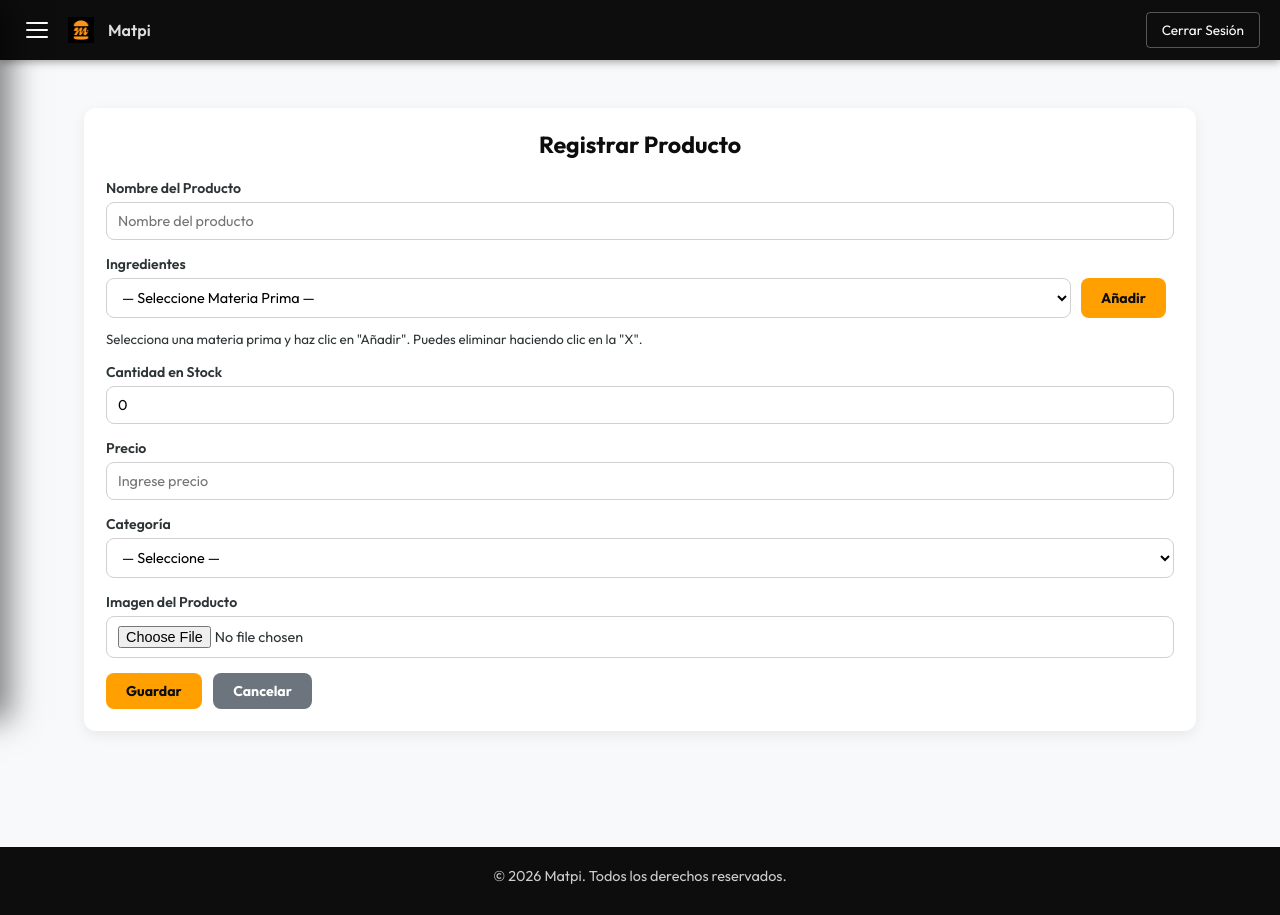
Repository: JuanFelipeNieto/MATPI-Python
Page: MATPI/productos/templates/productos/registrar.html
The author's editor kept a copy of each file at every save. The page is drawn from the files as they stood at one save, then again after the next save.
The browser window is 1280 px wide. The pictures show the whole page.
The template is drawn by Django 5.2. The application's start-up code is not run. Other server files are loaded and not shown. The template is opened directly, without the code that normally fills it, so the values that code supplies are empty.

Above is the page before, as saved 2026-03-17 18:40:00.

### MATPI/productos/templates/productos/registrar.html
{% extends 'base.html' %}

{% block title %}Registrar Producto — Matpi{% endblock %}

{% block content %}
<div class="formulario-seccion">
    <h1>Registrar Producto</h1>

    <form method="POST" action="{% url 'registrar_producto' %}" enctype="multipart/form-data">
        {% csrf_token %}



        <div class="form-group">
            <label for="txt_nombre">Nombre del Producto</label>
            <input type="text" id="txt_nombre" name="txt_nombre" placeholder="Nombre del producto" required>
        </div>

        <div class="form-group">
            <label for="sel_materia">Ingredientes</label>
            <div style="display: flex; gap: 10px; margin-bottom: 10px;">
                <select id="sel_materia" class="form-control" style="flex-grow: 1;">
                    <option value="">— Seleccione Materia Prima —</option>
                    {% for materia in materias_primas %}
                        <option value="{{ materia.nombre_materia_prima }}">{{ materia.nombre_materia_prima }} ({{ materia.unidad_medida }})</option>
                    {% endfor %}
                </select>
                <button type="button" id="btn_add_materia" class="btn btn-consultar" style="width: auto;">Añadir</button>
            </div>

            <ul id="lista_materias" style="list-style: none; padding: 0; display: flex; flex-wrap: wrap; gap: 8px;">

            </ul>

            <input type="hidden" id="txt_descripcion" name="txt_descripcion" value="">
            <small>Selecciona una materia prima y haz clic en "Añadir". Puedes eliminar haciendo clic en la "X".</small>
        </div>

        <script>
            document.addEventListener('DOMContentLoaded', function() {
                const selMateria = document.getElementById('sel_materia');
                const btnAdd = document.getElementById('btn_add_materia');
                const listaMaterias = document.getElementById('lista_materias');
                const hiddenDesc = document.getElementById('txt_descripcion');

                let materiasSeleccionadas = [];

                function actualizarHidden() {
                    hiddenDesc.value = materiasSeleccionadas.join(', ');
                }

                function renderLista() {
                    listaMaterias.innerHTML = '';
                    materiasSeleccionadas.forEach((materia, index) => {
                        const li = document.createElement('li');
                        li.style.backgroundColor = '#f0f0f0';
                        li.style.padding = '5px 12px';
                        li.style.borderRadius = '20px';
                        li.style.display = 'flex';
                        li.style.alignItems = 'center';
                        li.style.gap = '8px';
                        li.style.fontSize = '0.9em';
                        li.style.border = '1px solid #ddd';

                        li.innerHTML = `
                            <span>${materia}</span>
                            <span style="cursor: pointer; color: #ff4d4d; font-weight: bold;" onclick="eliminarMateria(${index})">×</span>
                        `;
                        listaMaterias.appendChild(li);
                    });
                }

                window.eliminarMateria = function(index) {
                    materiasSeleccionadas.splice(index, 1);
                    renderLista();
                    actualizarHidden();
                };

                btnAdd.addEventListener('click', function() {
                    const valor = selMateria.value;
                    if (valor && !materiasSeleccionadas.includes(valor)) {
                        materiasSeleccionadas.push(valor);
                        renderLista();
                        actualizarHidden();
                        selMateria.value = '';
                    } else if (materiasSeleccionadas.includes(valor)) {
                        alert('Esta materia ya ha sido añadida.');
                    }
                });
            });
        </script>

        <div class="form-group">
            <label for="txt_cantidad">Cantidad en Stock</label>
            <input type="number" id="txt_cantidad" name="txt_cantidad" placeholder="0" value="0">
        </div>

        <div class="form-group">
            <label for="txt_precio">Precio</label>
            <input type="number" id="txt_precio" name="txt_precio" placeholder="Ingrese precio" required>
        </div>

        <div class="form-group">
            <label for="txt_categoria">Categoría</label>
            <select id="txt_categoria" name="txt_categoria">
                <option value="">— Seleccione —</option>
                <option value="Hamburguesas">Hamburguesas</option>
                <option value="Perros Calientes">Perros Calientes</option>
                <option value="Entradas y Snacks">Entradas y Snacks</option>
                <option value="Combos">Combos</option>
                <option value="Bebidas">Bebidas</option>
                <option value="Postres">Postres</option>
                <option value="Adiciones">Adiciones</option>
                <option value="Salsas">Salsas</option>
            </select>
        </div>

        <div class="form-group">
            <label for="txt_imagen">Imagen del Producto</label>
            <input type="file" id="txt_imagen" name="txt_imagen" accept="image/*">
        </div>

        <button type="submit" class="btn btn-guardar">Guardar</button>
        <a href="{% url 'listar_productos' %}" class="btn btn-cancelar">Cancelar</a>
    </form>
</div>
{% endblock %}

### MATPI/templates/base.html
{% load static %}
<!DOCTYPE html>
<html lang="es">

<head>
    <meta charset="UTF-8">
    <meta name="viewport" content="width=device-width, initial-scale=1.0">
    <title>{% block title %}Matpi{% endblock %}</title>
    <link rel="icon" href="{% static 'img/Favicon.png' %}">
    <link rel="preconnect" href="https://fonts.googleapis.com">
    <link rel="preconnect" href="https://fonts.gstatic.com" crossorigin>
    <link href="https://fonts.googleapis.com/css2?family=Outfit:wght@300;400;600;700&display=swap" rel="stylesheet">
    <link rel="stylesheet" href="{% static 'css/matpi.css' %}">
    {% block extra_css %}{% endblock %}
</head>

<body>

    <div class="sidebar-overlay" id="sidebarOverlay"></div>

    <aside class="sidebar" id="sidebar">
        <button class="sidebar-close-btn" id="sidebarCloseBtn" title="Cerrar menú">✕</button>

        <div class="sidebar-header">
            <a href="{% url 'dashboard' %}" class="sidebar-header-link">
                <img src="{% static 'img/Logomatpi.png' %}" alt="Matpi" class="sidebar-logo">
                <span class="sidebar-brand">Matpi</span>
            </a>
        </div>

        <nav class="sidebar-nav">
            <div class="nav-section">
                <span class="nav-section-label">General</span>
                <a href="{% url 'dashboard' %}" class="sidebar-link" title="Dashboard">
                    <span class="sidebar-icon">🏠</span>
                    <span class="sidebar-label">Dashboard</span>
                </a>
            </div>

            <div class="nav-section">
                <span class="nav-section-label">Operaciones</span>
                <a href="{% url 'listar_pedidos' %}" class="sidebar-link" title="Pedidos">
                    <span class="sidebar-icon">📋</span>
                    <span class="sidebar-label">Pedidos</span>
                </a>
                <a href="{% url 'listar_facturas' %}" class="sidebar-link" title="Facturas">
                    <span class="sidebar-icon">💰</span>
                    <span class="sidebar-label">Facturas</span>
                </a>
                <a href="{% url 'listar_reservas' %}" class="sidebar-link" title="Reservas">
                    <span class="sidebar-icon">🪑</span>
                    <span class="sidebar-label">Reservas</span>
                </a>
                <a href="{% url 'listar_clientes' %}" class="sidebar-link" title="Clientes">
                    <span class="sidebar-icon">👥</span>
                    <span class="sidebar-label">Clientes</span>
                </a>
            </div>

            <div class="nav-section">
                <span class="nav-section-label">Inventario</span>
                <a href="{% url 'listar_productos' %}" class="sidebar-link" title="Productos">
                    <span class="sidebar-icon">🍔</span>
                    <span class="sidebar-label">Productos</span>
                </a>
                <a href="{% url 'listar_materia_prima' %}" class="sidebar-link" title="Materia Prima">
                    <span class="sidebar-icon">🥬</span>
                    <span class="sidebar-label">Materia Prima</span>
                </a>
                <a href="{% url 'listar_proveedores' %}" class="sidebar-link" title="Proveedores">
                    <span class="sidebar-icon">🚚</span>
                    <span class="sidebar-label">Proveedores</span>
                </a>
            </div>

            {% if es_admin %}
            <div class="nav-section">
                <span class="nav-section-label">Administración</span>
                <a href="{% url 'listar_usuarios' %}" class="sidebar-link" title="Gestión de Cajeros">
                    <span class="sidebar-icon">👤</span>
                    <span class="sidebar-label">Cajeros</span>
                </a>
            </div>
            {% endif %}

        </nav>

        <a href="{% url 'ver_perfil' request.session.usuario_id %}" class="sidebar-footer" title="Mi Perfil">
            <div class="user-avatar-mini" style="width: 35px; height: 35px; background: var(--primary); border-radius: 10px; display: flex; align-items: center; justify-content: center; font-size: 1.2rem; color: var(--black); font-weight: bold; flex-shrink: 0;">
                👤
            </div>
            <div class="sidebar-label" style="overflow: hidden; text-overflow: ellipsis; white-space: nowrap;">
                <span style="display: block; color: var(--white); font-weight: 600;">{{ request.session.usuario_nombre|default:"Usuario" }}</span>
                <small style="font-size: 0.65rem; color: var(--primary); font-weight: 800; text-transform: uppercase;">
                    {% if es_admin %}ADMINISTRADOR{% else %}CAJERO{% endif %}
                </small>
            </div>
        </a>
    </aside>

    <div class="page-wrapper" id="pageWrapper">
        <header class="topbar">
            <button class="topbar-menu-btn" id="topbarMenuBtn" title="Abrir menú">
                <span class="hamburger-line"></span>
                <span class="hamburger-line"></span>
                <span class="hamburger-line"></span>
            </button>
            <a href="{% url 'dashboard' %}" class="topbar-logo-link">
                <img src="{% static 'img/Logomatpi.png' %}" alt="Matpi" class="topbar-logo">
            </a>
            <span class="topbar-title">Matpi</span>

            <a href="{% url 'logout' %}" class="logout-btn" style="margin-left: auto; color: white; text-decoration: none; padding: 8px 15px; font-size: 0.85em; border: 1px solid rgba(255,255,255,0.3); border-radius: 4px;" onclick="return confirm('¿Estás seguro de que deseas cerrar sesión?');">Cerrar Sesión</a>
        </header>

        <main>
            {% if messages %}
                <div class="messages-container" style="padding: 15px 20px 0 20px;">
                    {% for message in messages %}
                        <div class="alert alert-{{ message.tags }}"
                             style="padding: 12px; margin-bottom: 10px; border-radius: 6px; border-left: 5px solid
                                    {% if message.tags == 'error' %} #721c24; background-color: #f8d7da; color: #721c24;
                                    {% elif message.tags == 'success' %} #155724; background-color: #d4edda; color: #155724;
                                    {% else %} #856404; background-color: #fff3cd; color: #856404; {% endif %}">
                            {{ message }}
                        </div>
                    {% endfor %}
                </div>
            {% endif %}

            <div class="content-body" style="padding: 20px;">
                {% block content %}{% endblock %}
            </div>
        </main>

        <footer>
            <p>© 2026 Matpi. Todos los derechos reservados.</p>

        </footer>
    </div>

    <script>
        (function () {
            const sidebar = document.getElementById('sidebar');
            const overlay = document.getElementById('sidebarOverlay');
            const openBtn = document.getElementById('topbarMenuBtn');
            const closeBtn = document.getElementById('sidebarCloseBtn');

            function openSidebar() {
                sidebar.classList.add('open');
                overlay.classList.add('active');
                document.body.classList.add('sidebar-open');
            }

            function closeSidebar() {
                sidebar.classList.remove('open');
                overlay.classList.remove('active');
                document.body.classList.remove('sidebar-open');
            }

            openBtn.addEventListener('click', openSidebar);
            closeBtn.addEventListener('click', closeSidebar);
            overlay.addEventListener('click', closeSidebar);

            // Resaltar link activo
            const currentPath = window.location.pathname;
            document.querySelectorAll('.sidebar-link').forEach(function (link) {
                const href = link.getAttribute('href');
                // Si estamos en la raíz del dashboard o en una sub-url del módulo
                if (href === currentPath || (href !== '/' && currentPath.startsWith(href))) {
                    link.classList.add('active');
                }
            });
        })();
    </script>

</body>
</html>

Loaded but not shown: MATPI/static/css/matpi.css (795 lines, source omitted)

After the next save:
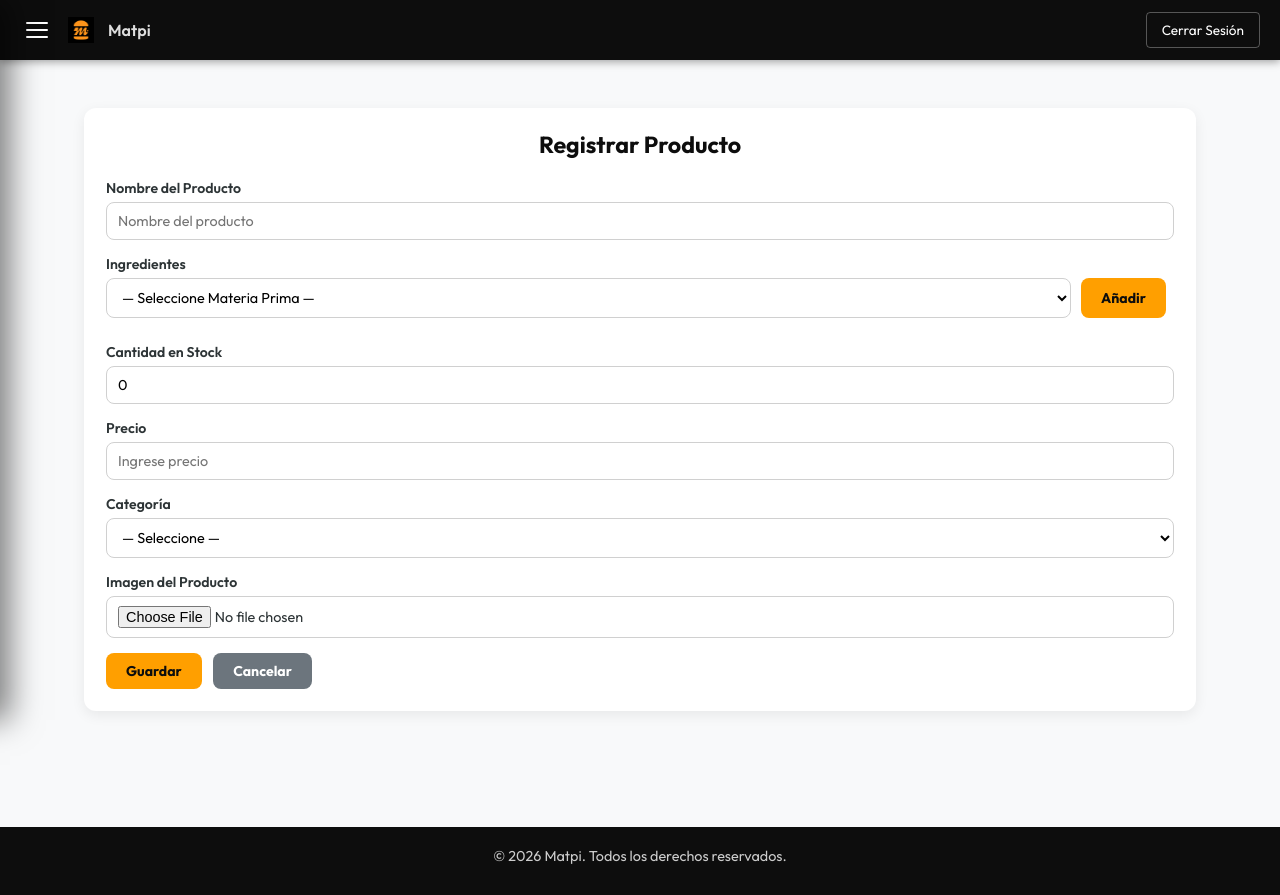
Saved 7 s later.
--- a/MATPI/productos/templates/productos/registrar.html
+++ b/MATPI/productos/templates/productos/registrar.html
@@ -33,7 +33,7 @@
             </ul>
 
             <input type="hidden" id="txt_descripcion" name="txt_descripcion" value="">
-            <small>Selecciona una materia prima y haz clic en "Añadir". Puedes eliminar haciendo clic en la "X".</small>
+
         </div>
 
         <script>
